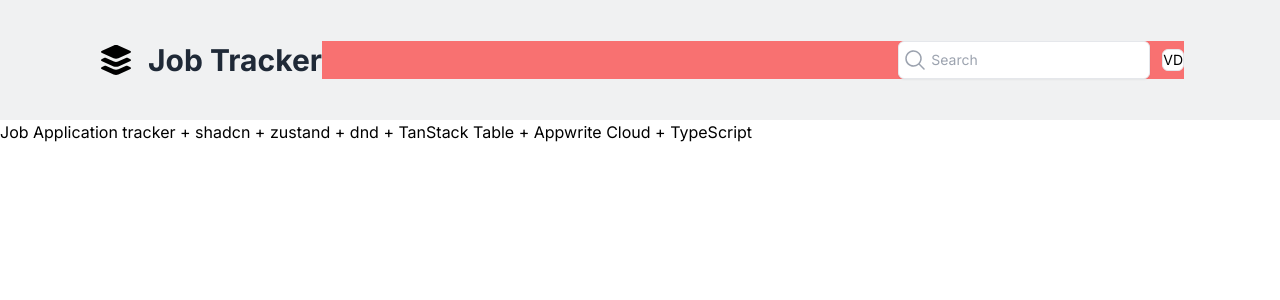
Repository: Vasil1001/job-applications-tracker-nextjs
Page: /
An editor plug-in stored every save of this project. The page is shown before and after the next save, followed by the edit.
The browser window is 1280 px wide. The pictures show the whole page.
The project was rebuilt for these pictures with package versions that can differ from the ones it lists, and the page was loaded fresh each time. The framework's server and built-in components were replaced by stand-ins that run in the browser. Also part of the build but not shown: next.config.js.

Above is the page before, as saved 2023-06-24 17:29:38.

### app/layout.tsx
import "./globals.css";
import { Inter } from "next/font/google";

const inter = Inter({ subsets: ["latin"] });

export const metadata = {
  title: "Job Tracker",
  description: "Generated by create next app",
};

export default function RootLayout({
  children,
}: {
  children: React.ReactNode;
}) {
  return (
    <html lang="en">
      <body suppressHydrationWarning={true} className={inter.className}>{children}</body>
    </html>
  );
}

### app/page.tsx
import Header from "@/components/Header";
import Image from "next/image";

export default function Home() {
  return (
    <main className="flex min-h-screen max-w-screen flex-col justify-between mx-auto">
      {/* Header Component */}
      <Header />

      {/* Board dnd Component */}

    </main>
  );
}

### components/Header.tsx
"use client";
import { Search } from "lucide-react";
import React from "react";
import SearchBar from "./navbar/SearchBar";
import { IoIosApps } from "react-icons/io";
import { RiSendPlaneLine } from "react-icons/ri";
import { BiNotepad } from "react-icons/bi";
import Image from "next/image";
import { MagnifyingGlassIcon, UserCircleIcon } from "@heroicons/react/24/solid";
import { FiUser } from "react-icons/fi";
import { HiMagnifyingGlass } from "react-icons/hi2";
import Navbar from "./navbar/Navbar";
import Avatar from "react-avatar";

export default function Header() {
  return (
    <header>
      <div className="flex flex-col md:flex-row items-center p-5 xl:p-10 xl:px-24 bg-gray-500/10">
        {/* <Navbar /> */}
        {/* <Image
          src="https://links.papareact.com/c2cdd5"
          alt="Logo"
          width={300}
          height={100}
          className="w-44 md:w-56 pb-10 md:pb-0 object-contain"
        /> */}
        {/* Logo */}
        <div className="flex items-center font-bold text-3xl mb-3 md:mb-0">
          <IoIosApps size={40} className="mr-3" />
          <span className="text-gray-800">Job Tracker</span>
        </div>

        {/* Search input, button and profile */}
        <div className="flex bg-red-400 items-center gap-3 flex-1 justify-end w-full">
          <form className="peer flex items-center space-l-5 bg-white p-1 border shadow-sm focus-visible:outline-none focus-visible:ring-1 focus:ring-gray-400 text-black border-gray-200 sm:text-sm rounded-md hover:border-gray-300 placeholder:text-gray-400 focus:placeholder:text-gray-500 flex-1 md:flex-initial">
            <HiMagnifyingGlass className="w-6 h-6 text-gray-400" />
            <input
              type="text"
              placeholder="Search"
              className="flex-1 outline-none p-1 "
            />
            <button hidden> Search</button>
          </form>

          <button className=" text-black text-sm font-regular border focus-visible:outline-none focus-visible:ring-1 focus:ring-gray-400 bg-white border-gray-200 sm:text-sm rounded-md hover:border-gray-300 ">
            VD
          </button>
        </div>

        {/* <Avatar name="Vasilis Dzhakov" round color="#ffffff" size="50" fgColor='black' /> */}
        <div className="flex gap-3.5">
          {/* <SearchBar />
            <button className="py-2 px-4 flex-initial text-black border focus-visible:outline-none focus-visible:ring-1 focus:ring-gray-400 bg-white border-gray-200 sm:text-sm rounded-md hover:border-gray-300 ">
              User
            </button> */}
        </div>
      </div>
      <h1>
        Job Application tracker + shadcn + zustand + dnd + TanStack Table +
        Appwrite Cloud + TypeScript
      </h1>
    </header>
  );
}

Loaded but not shown: app/globals.css (common file); tailwind.config.js (common file)

After the next save:
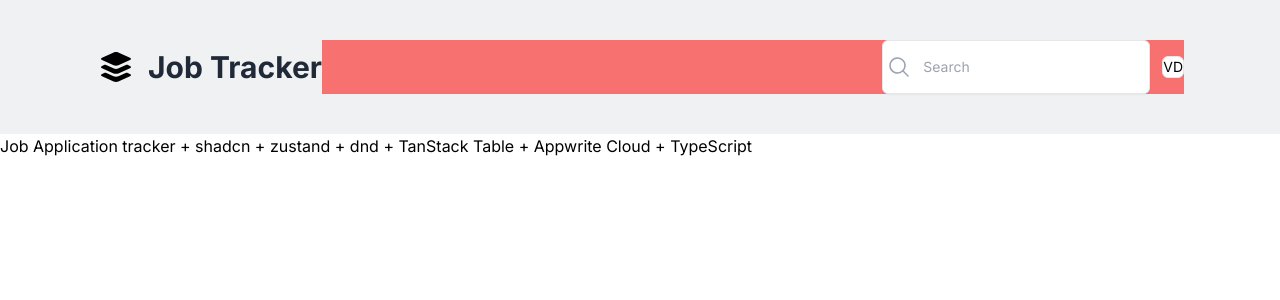
Saved 12 s later.
--- a/components/Header.tsx
+++ b/components/Header.tsx
@@ -37,7 +37,7 @@
             <input
               type="text"
               placeholder="Search"
-              className="flex-1 outline-none p-1 "
+              className="flex-1 outline-none p-3 "
             />
             <button hidden> Search</button>
           </form>

After the save that followed:
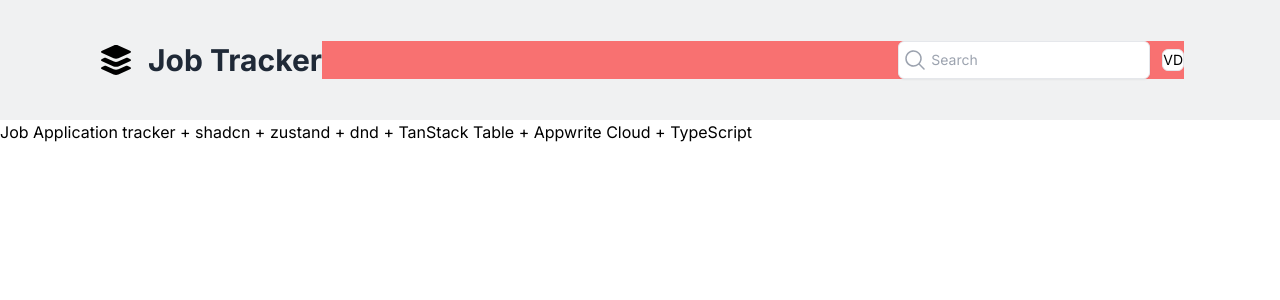
Saved 6 s later.
--- a/components/Header.tsx
+++ b/components/Header.tsx
@@ -37,7 +37,7 @@
             <input
               type="text"
               placeholder="Search"
-              className="flex-1 outline-none p-3 "
+              className="flex-1 outline-none p-1 "
             />
             <button hidden> Search</button>
           </form>
